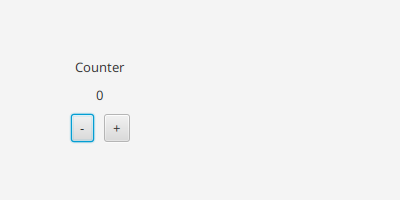
Repository: angelalvess/java-fx
Program's window: java javafx/src/counter/Contador.java
These files come from the project's save history. The program's window is drawn as it stood at one moment and after the next save; the edit follows.
It runs on Java 21 on a 1366 x 768 screen with JavaFX 11; the title bar is not drawn.

Above is the program's window before, as saved 2025-02-03 06:50:54.

### javafx/src/counter/Contador.java
package counter;


import java.security.PrivateKey;

import javafx.application.Application;
import javafx.geometry.Pos;
import javafx.scene.Scene;
import javafx.scene.control.Button;
import javafx.scene.control.Label;
import javafx.scene.layout.HBox;
import javafx.scene.layout.VBox;
import javafx.stage.Stage;

public class Contador extends Application {


	private int counter = 0;

	@Override
	public void start(Stage primaryStage) throws Exception {




		Label labelTitle = new Label("Counter");
		Label labelNumber = new Label("0");

		Button buttonDecrement = new Button("-");
		buttonDecrement.setOnAction(e -> {
			if (counter > 0) {

				counter--;
			}
			labelNumber.setText(Integer.toString(counter));
		});
		Button buttonIncrement = new Button("+");
		buttonIncrement.setOnAction(e -> {
			counter++;
			labelNumber.setText(Integer.toString(counter));
		});



		HBox hBox = new HBox();
		hBox.setAlignment(Pos.CENTER);
		hBox.setSpacing(10);

		hBox.getChildren().add(labelTitle);
		hBox.getChildren().add(labelNumber);
		hBox.getChildren().add(buttonDecrement);
		hBox.getChildren().add(buttonIncrement);

		VBox vBox = new VBox();
		vBox.getChildren().add(labelTitle);
		vBox.getChildren().add(labelNumber);

		vBox.getChildren().add(hBox);
		vBox.setAlignment(Pos.CENTER);
		vBox.setSpacing(10);


		Scene sceneOneScene = new Scene(vBox, 200, 200);

		primaryStage.setScene(sceneOneScene);
		primaryStage.show();

	}

	public static void main(String[] args) {
		launch(args);
	}

}

After the next save:
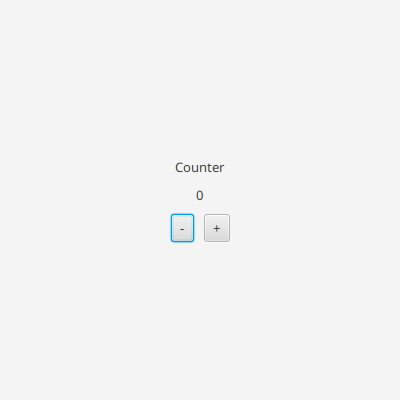
Saved 68 s later.
--- a/javafx/src/counter/Contador.java
+++ b/javafx/src/counter/Contador.java
@@ -60,7 +60,7 @@
 		vBox.setSpacing(10);
 
 
-		Scene sceneOneScene = new Scene(vBox, 200, 200);
+		Scene sceneOneScene = new Scene(vBox, 400, 400);
 
 		primaryStage.setScene(sceneOneScene);
 		primaryStage.show();
